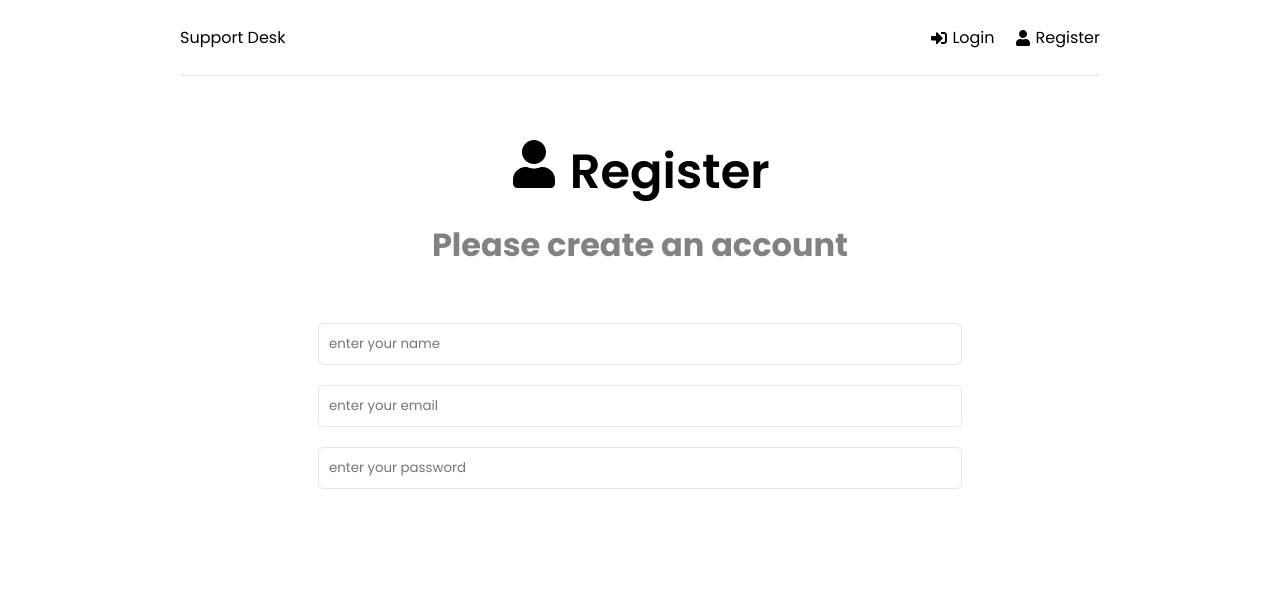
Repository: benjamins1995/support-desk
Page: /register (app in frontend/)
These files come from the project's save history. The page is drawn as it stood at one moment and after the next save; the edit follows.
The browser window is 1280 px wide. The pictures show the whole page.
The project was rebuilt for these pictures with package versions that can differ from the ones it lists, and the page was loaded fresh each time. Also part of the build but not shown: frontend/src/pages/Login.jsx. Imported but missing from the stored project, and not drawn on this page: frontend/src/features/counter/counterSlice, frontend/src/pages/Home.

Above is the page before, as saved 2022-03-01 21:17:20.

After the next save:
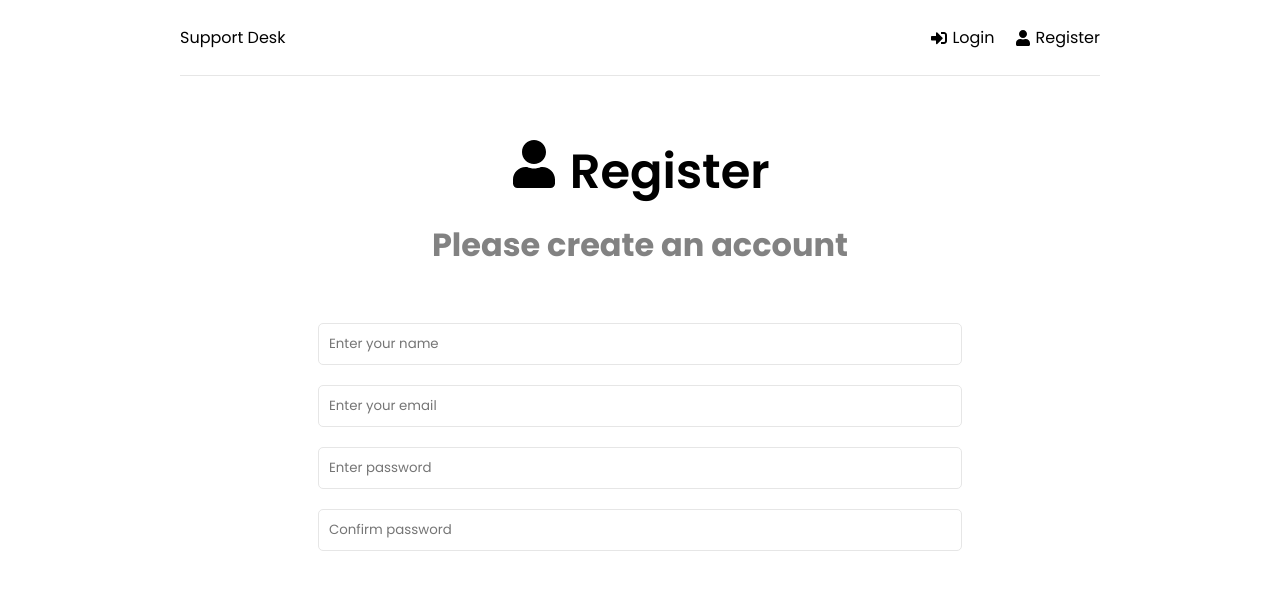
Saved 67 s later.
--- a/frontend/src/pages/Register.jsx
+++ b/frontend/src/pages/Register.jsx
@@ -36,7 +36,7 @@ function Register() {
               name='name'
               value={name}
               onChange={onChange}
-              placeholder='enter your name'
+              placeholder='Enter your name'
             ></input>
           </div>
           <div className='form-group'>
@@ -47,7 +47,7 @@ function Register() {
               name='email'
               value={email}
               onChange={onChange}
-              placeholder='enter your email'
+              placeholder='Enter your email'
             ></input>
           </div>
           <div className='form-group'>
@@ -58,7 +58,18 @@ function Register() {
               name='password'
               value={password}
               onChange={onChange}
-              placeholder='enter your password'
+              placeholder='Enter password'
+            ></input>
+          </div>
+          <div className='form-group'>
+            <input
+              type='password'
+              className='form-control'
+              id='password2'
+              name='password2'
+              value={password2}
+              onChange={onChange}
+              placeholder='Confirm password'
             ></input>
           </div>
         </form>
